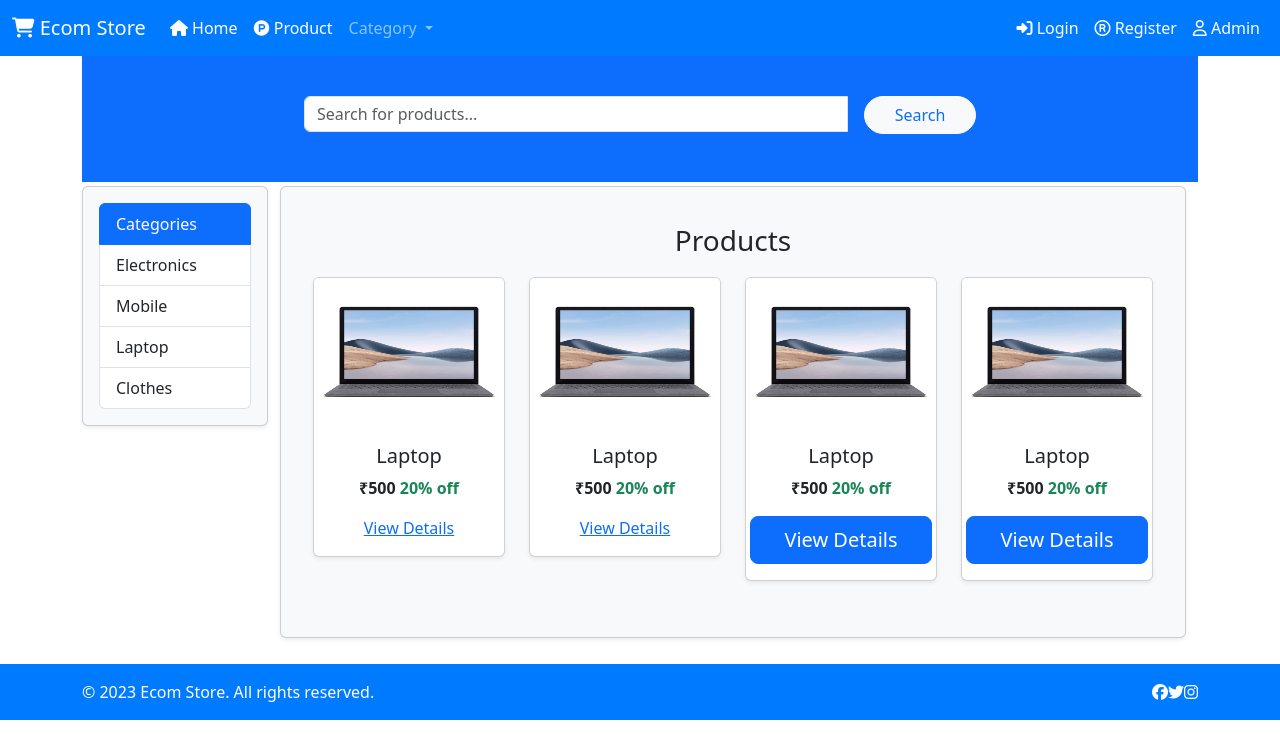
Repository: Deva-bot/EcomProject
Page: http://localhost/product
The author's editor kept a copy of each file at every save. The page is drawn from the files as they stood at one save, then again after the next save.
The browser window is 1280 px wide. The pictures show the whole page.
The page is this project's Thymeleaf template; nobody is signed in. The template is opened directly, without the code that normally fills it, so the values that code supplies are empty.

Above is the page before, as saved 2024-07-13 03:11:52.

After the next save:
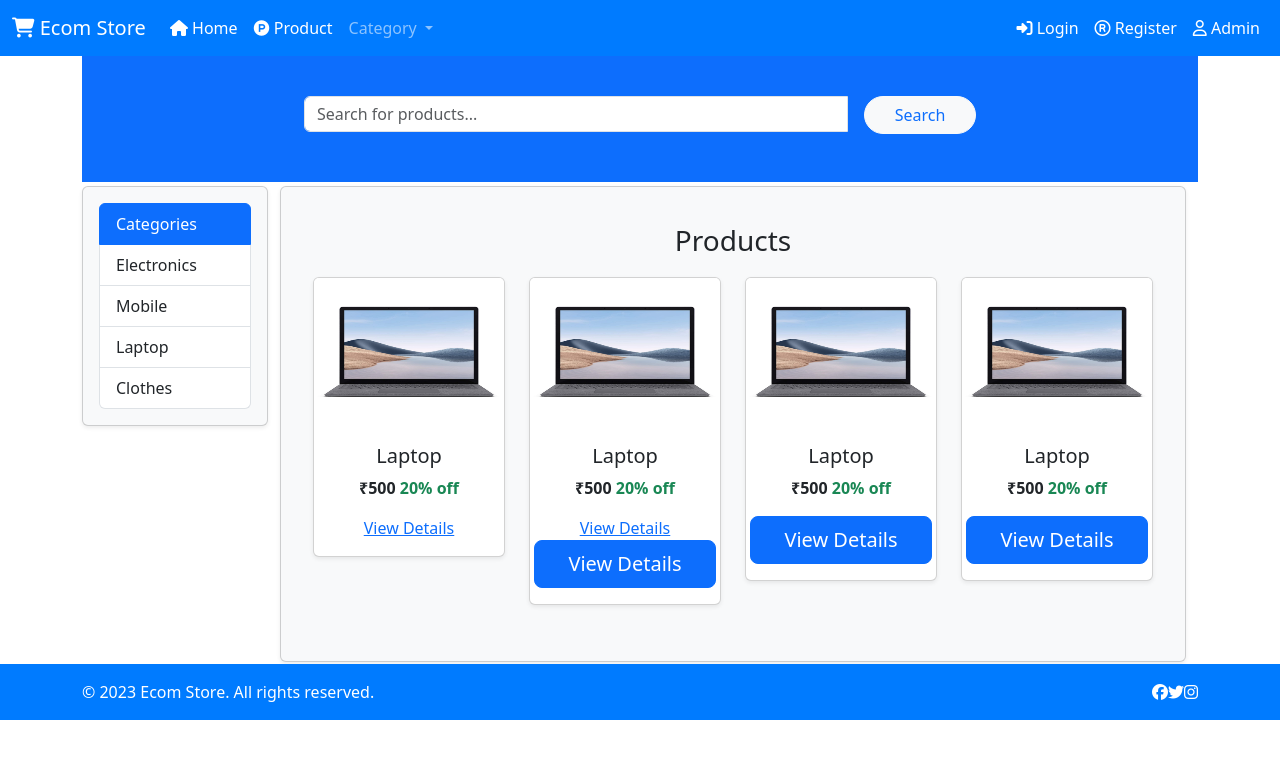
Saved 8 s later.
--- a/Shopping_Cart/src/main/resources/templates/product.html
+++ b/Shopping_Cart/src/main/resources/templates/product.html
@@ -65,7 +65,7 @@
 											<div class="row text-center">
 												<p class="fs-6 fw-bold">₹500 <span class="fs-6 text-success">20%
 														off</span></p><a href="/viewproduct"
-													>View Details</a>
+													>View Details</a><a href="/viewproduct" class="btn btn-primary btn-lg">View Details</a>
 											</div>
 										</div>
 									</div>

After the save that followed:
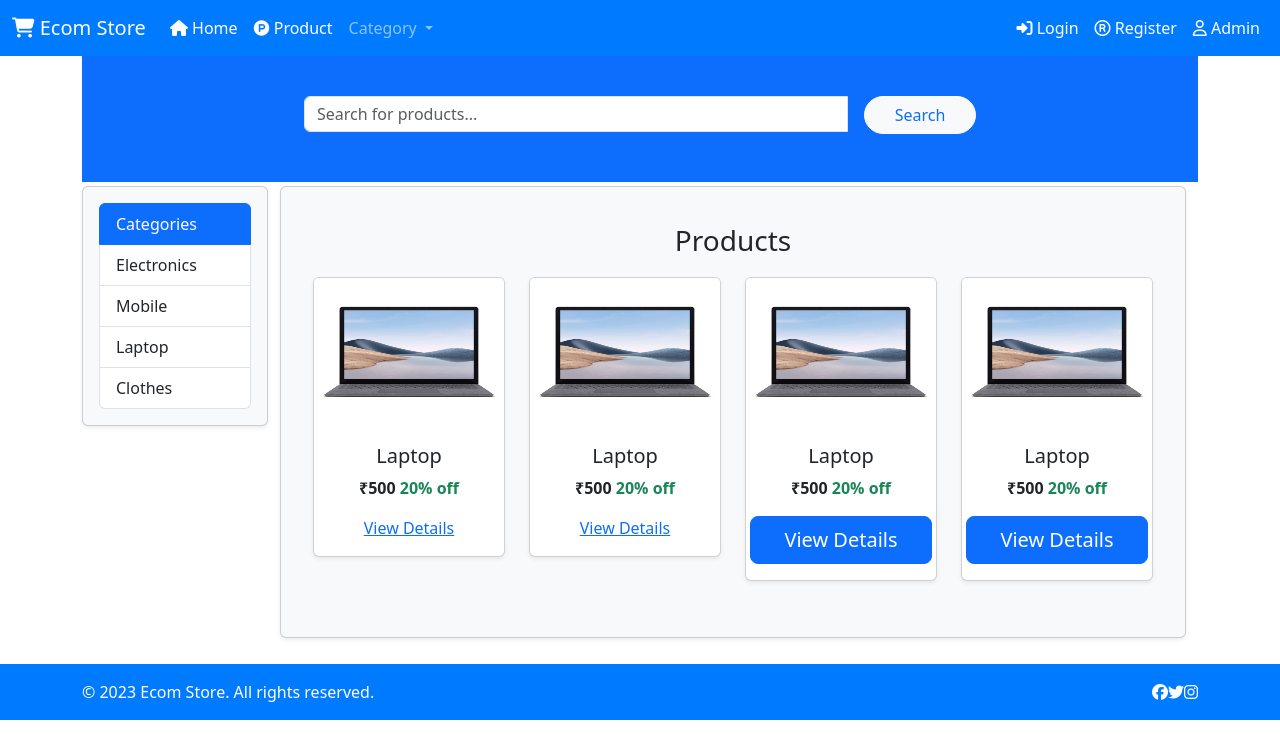
Saved 5 s later.
--- a/Shopping_Cart/src/main/resources/templates/product.html
+++ b/Shopping_Cart/src/main/resources/templates/product.html
@@ -65,7 +65,7 @@
 											<div class="row text-center">
 												<p class="fs-6 fw-bold">₹500 <span class="fs-6 text-success">20%
 														off</span></p><a href="/viewproduct"
-													>View Details</a><a href="/viewproduct" class="btn btn-primary btn-lg">View Details</a>
+													>View Details</a>
 											</div>
 										</div>
 									</div>
